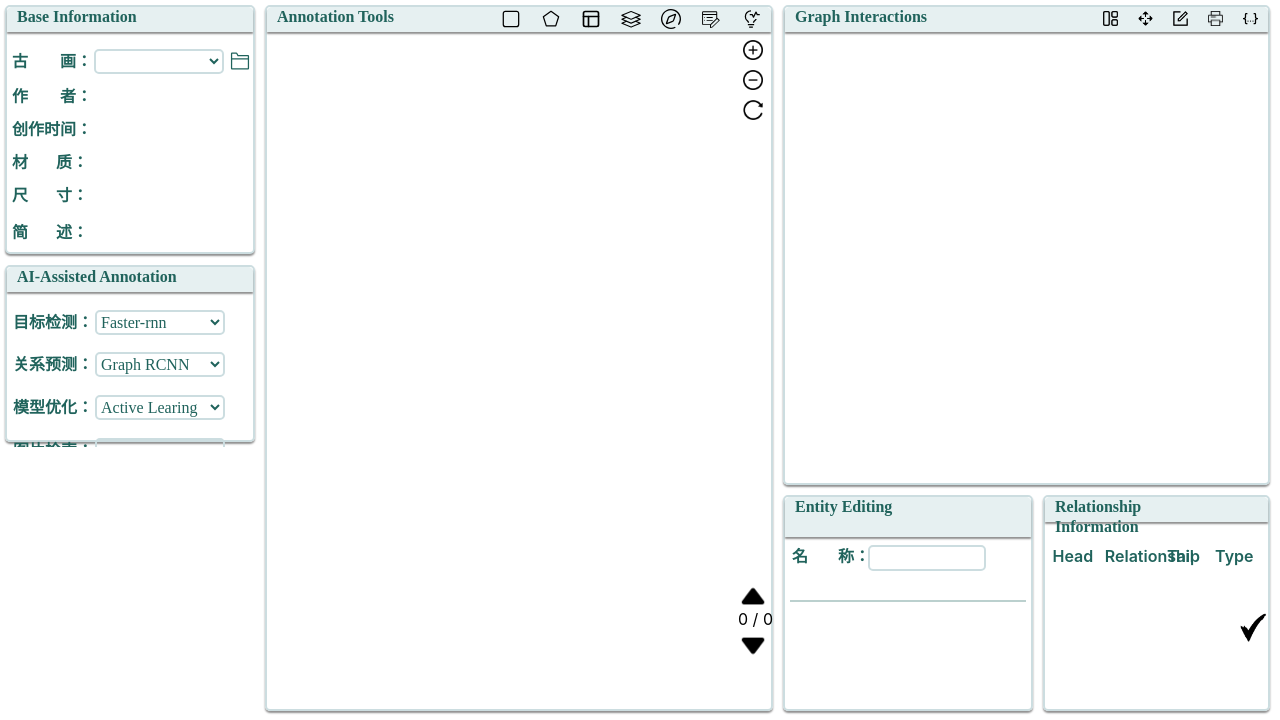
Repository: cailbh/ImageLabelTool
Page: /
These files come from the project's save history. The page is drawn as it stood at one moment and after the next save; the edit follows.
The browser window is 1280 px wide. The pictures show the whole page.
The project was rebuilt for these pictures with package versions that can differ from the ones it lists, and the page was loaded fresh each time.

Above is the page before, as saved 2022-11-02 10:35:15.

### src/index.tsx
import React from 'react';
import ReactDOM from 'react-dom/client';
import './index.css';
import UI from './View';

const root = ReactDOM.createRoot(
  document.getElementById('root') as HTMLElement
);
root.render(
  <React.StrictMode>
    <UI />
  </React.StrictMode>
);

### src/index.css
* {
  margin: 0;
  font-family: -apple-system, BlinkMacSystemFont, 'Segoe UI', 'Roboto', 'Oxygen',
    'Ubuntu', 'Cantarell', 'Fira Sans', 'Droid Sans', 'Helvetica Neue',
    sans-serif;
  -webkit-font-smoothing: antialiased;
  -moz-osx-font-smoothing: grayscale;
  padding: 0;
  user-select: none;
}

code {
  font-family: source-code-pro, Menlo, Monaco, Consolas, 'Courier New',
    monospace;
}

html, body, #root {
  width: 100%;
  height: 100%;
  /* background: rgb(237,241,241); */
  background: rgb(255,255,255);
}

#root {
  /* display: flex; */
  /* flex-direction: row; */

}

### src/View/index.tsx
/**
 * 该组件负责图像视图与网络图视图的通信：
 *
 */

import React from "react";
// import ImageView from "./ImageView";
import GraphView from "./GraphView";
import LabelView from "./LabelView";
import { Entity, EntityArray, Relationship, RelationshipArray } from '../lib/interface'
import { EntityArrayContextProvider, useEntityArray, useEntityArrayUpdate } from "../lib/context";
import { RelationshipArrayContextProvider, useRelationshipArray, useRelationshipArrayUpdate } from "../lib/context";
import { InfoContextProvider, useInfo, useInfoUpdate } from "../lib/context";
import { MemoArrayContextProvider, useMemoArray, useMemoArrayUpdate } from "../lib/context";


export default function UI() {
    return (
        <React.StrictMode>
            <InfoContextProvider>
                <RelationshipArrayContextProvider>
                    <EntityArrayContextProvider>
                        <MemoArrayContextProvider>
                            {/* <ImageView></ImageView> */}

                            <LabelView></LabelView>
                            {/* <GraphView></GraphView> */}
                        </MemoArrayContextProvider>
                    </ EntityArrayContextProvider >
                </RelationshipArrayContextProvider>
            </InfoContextProvider>
        </React.StrictMode>
    )
}

### src/View/LabelView.tsx
import React from "react";
import LabelDisplay from "../component/LabelDisplay/index";
import LabelTool from "../component/LabelTool/index";
import ViewCard from "./ViewCard";

export default function LabelView() {
    return (
        // <ViewCard
        //     top={(
        //         <LabelTool></LabelTool>
        //     )}
        //     body={(
        <LabelDisplay></LabelDisplay>
        //     )}
        // />
    )
}

### src/lib/context.tsx
import React, { useContext, useState } from 'react';
import { MemoArray, Relationship, RelationshipArray, EntityArray, Entity, Info } from './interface'
import { arrayBuffer } from 'stream/consumers';


const entityContext = React.createContext<EntityArray>({ array: [] });
const EntityUpdateContext = React.createContext(null);

export const useEntityArray = () => useContext(entityContext);
export const useEntityArrayUpdate = () => useContext(EntityUpdateContext);
export const EntityArrayContextProvider = ({ children }) => {
    const [entityArray, setEntityArray] = useState<Entity[]>([]);
    const updateEntityArray = (entityArray) => {
        setEntityArray([...entityArray])
    }
    return (
        <entityContext.Provider value={{ array: entityArray }}>
            <EntityUpdateContext.Provider value={updateEntityArray}>
                {children}
            </EntityUpdateContext.Provider>
        </entityContext.Provider>
    );
};

const relationshipContext = React.createContext<RelationshipArray>({ array: [] });
const relationshipUpdateContext = React.createContext(null);

export const useRelationshipArray = () => useContext(relationshipContext);
export const useRelationshipArrayUpdate = () => useContext(relationshipUpdateContext);
export const RelationshipArrayContextProvider = ({ children }) => {
    const [RelationshipArray, setRelationshipArray] = useState<Relationship[]>([]);
    const updateRelationshipArray = (RelationshipArray) => {
        setRelationshipArray([...RelationshipArray])
    }
    return (
        <relationshipContext.Provider value={{ array: RelationshipArray }}>
            <relationshipUpdateContext.Provider value={updateRelationshipArray}>
                {children}
            </relationshipUpdateContext.Provider>
        </relationshipContext.Provider>
    );
};


const memoContext = React.createContext<MemoArray>({ entArray: [], relArray: [] });
const memoUpdateContext = React.createContext(null);

export const useMemoArray = () => useContext(memoContext);
export const useMemoArrayUpdate = () => useContext(memoUpdateContext);
export const MemoArrayContextProvider = ({ children }) => {
    const [entArray, setEntArray] = useState<Entity[]>([]);
    const [relArray, setRelArray] = useState<Relationship[]>([]);
    const updateMemoArray = (entArray, relArray) => {
        setEntArray([...entArray])
        setRelArray([...relArray])
    }
    return (
        <memoContext.Provider value={{ entArray: entArray, relArray: relArray }}>
            <memoUpdateContext.Provider value={updateMemoArray}>
                {children}
            </memoUpdateContext.Provider>
        </memoContext.Provider>
    );
};

const infoContext = React.createContext<Info>(null);
const InfoUpdateContext = React.createContext(null);

export const useInfo = () => useContext(infoContext);
export const useInfoUpdate = () => useContext(InfoUpdateContext);
export const InfoContextProvider = ({ children }) => {
    const [info, setInfo] = useState<Info>();
    const updateInfo = (infoArray) => {
        setInfo(infoArray)
    }
    return (
        <infoContext.Provider value={info}>
            <InfoUpdateContext.Provider value={updateInfo}>
                {children}
            </InfoUpdateContext.Provider>
        </infoContext.Provider>
    );
};

### src/lib/webAnnotate.tsx
export default class LabelImage {
	entityCo: any;
	cWidth: number;
	cHeight: number;
	// 缩略图宽度
	sWidth: number;
	// 缩略图高度
	sHeight: number;
	// 图片宽度
	iWidth: number;
	// 图片高度
	iHeight: number;
	// 图片拖拽至边缘最小显示
	appearSize: number;
	// 缩放布进
	scaleStep: number;
	// 最小缩放比例
	minScale: number;
	// 最大缩放比例
	maxScale: number;
	// 图片在画板中的横坐标
	x: number;
	// 图片在画板中的纵坐标
	y: number;
	// 鼠标当前画板中的横坐标
	mouseX: number;
	// 鼠标当前画板中的纵坐标
	mouseY: number;
	// 拖动过程中，鼠标前一次移动的横坐标
	prevX: number;
	// 拖动过程中，鼠标前一次移动的纵坐标
	prevY: number;
	// 创建新标签输入名字
	inputs: string;
	// 鼠标移动过程中坐标
	moveP: any;
	// 拖动时，曲线圆点类型
	curveCircleType: string;
	// 拖动时，曲线下标
	curveIndex: number;
	// 缩放比例
	scale: number;
	// 鼠标在图片中的横坐标
	ix: number;
	// 鼠标在图片中的纵坐标
	iy: number;
	// 矩形框起点横坐标
	rectX: number;
	// 矩形框起点纵坐标
	rectY: number;
	// 曲线终点点横坐标
	endX: number;
	// 曲线终点纵坐标
	endY: number;
	// 关系起点id
	sourceIndex: string;
	// 关系终点id
	targetIndex: number;
	// 绘制多边形的圆点半径
	radius: number;

	// 绘制线段宽度
	lineWidth: number;

	//绘制区域模块透明度
	opacity: number;

	// 定时器
	timer: any;

	// 结果是否被修改
	isModify: boolean;

	// 是否全屏
	isFullScreen: boolean;

	// 是否移动图像标注圆点
	isDragCircle: boolean;

	// 当前点击圆点index
	snapCircleIndex: number;

	// 用于在拖拽或者缩放时，让绘制至存储面板的数据，只绘制一次
	drawFlag: boolean;

	// 监听滚动条缩放是否结束的定时器
	mousewheelTimer: any;

	// 历史记录下标
	historyIndex: number;
	Arrays: any;
	Nodes: any;
	Features: any;
	constructor(options) {
		// 画布宽度
		this.cWidth = 0;
		// 画布高度
		this.cHeight = 0;
		// 缩略图宽度
		this.sWidth = 0;
		// 缩略图高度
		this.sHeight = 0;
		// 图片宽度
		this.iWidth = 0;
		// 图片高度
		this.iHeight = 0;
		// 图片拖拽至边缘最小显示
		this.appearSize = 180;
		// 缩放布进
		this.scaleStep = 0.02;
		// 最小缩放比例
		this.minScale = 0.02;
		// 最大缩放比例
		this.maxScale = 8;
		// 图片在画板中的横坐标
		this.x = 0;
		// 图片在画板中的纵坐标
		this.y = 0;
		// 鼠标当前画板中的横坐标
		this.mouseX = 0;
		// 鼠标当前画板中的纵坐标
		this.mouseY = 0;
		// 拖动过程中，鼠标前一次移动的横坐标
		this.prevX = 0;
		// 拖动过程中，鼠标前一次移动的纵坐标
		this.prevY = 0;
		// 创建新标签输入名字
		this.inputs = "";
		// 拖动时，曲线圆点类型
		this.curveCircleType = '';
		// 拖动时，曲线下标
		this.curveIndex = -1;
		// 缩放比例
		this.scale = 0;
		// 鼠标在图片中的横坐标
		this.ix = 0;
		// 鼠标在图片中的纵坐标
		this.iy = 0;
		// 矩形框起点横坐标
		this.rectX = 0;
		// 矩形框起点纵坐标
		this.rectY = 0;
		// 曲线终点点横坐标
		this.endX = 0;
		// 曲线终点纵坐标
		this.endY = 0;

		this.moveP = [];

		// 关系起点下标
		this.sourceIndex = "0";
		this.targetIndex = -1;
		// 绘制多边形的圆点半径
		this.radius = 6;

		// 绘制线段宽度
		this.lineWidth = 1;

		//绘制区域模块透明度
		this.opacity = 0.45;

		// 定时器
		this.timer = null;

		// 结果是否被修改
		this.isModify = false;

		// 是否全屏
		this.isFullScreen = false;

		// 是否移动图像标注圆点
		this.isDragCircle = false;

		// 当前点击圆点index
		this.snapCircleIndex = 0;

		// 用于在拖拽或者缩放时，让绘制至存储面板的数据，只绘制一次
		this.drawFlag = true;

		// 监听滚动条缩放是否结束的定时器
		this.mousewheelTimer = null;

		// 历史记录下标
		this.historyIndex = 0;

		this.Arrays = {

			// 标定历史保存标签记录
			history: [],

			// 图片标注展示数据集
			imageAnnotateShower: [],

			// 图片标注存储数据集
			imageAnnotateMemory: [],

			// 关系标注展示数据集
			relationshipAnnotateShower: [],

			// 关系标注存储数据集
			relationshipAnnotateMemory: [],

			// 标注集操作 result list index
			resultIndex: 0,
			// 关系集操作 result list index
			relationshipIndex: 0,

		};
		this.Nodes = {
			// 图片节点
			image: null,
			// 画布节点
			canvas: null,
			// 缩略图节点
			scaleCanvas: null,
			// 缩放比例面板
			scalePanel: null,
			// 画布上下文
			ctx: null,
			// 缩略图画板上下文
			sCtx: null,
			// 缩略图方框
			scaleRect: null,
			// 存储图像数据的画布
			bCanvas: null,
			// 存储图像数据的上下文
			bCtx: null,
			// 绘图部分主外层函数
			canvasMain: null,
			// 标记结果数据集
			resultGroup: null,
			// 十字线开关按钮
			crossLine: null,
			// 标注结果开关按钮
			labelShower: null,
			// 屏幕快照按钮
			screenShot: null,
			// 全屏按钮
			screenFull: null,
			// 颜色选取器节点数据
			colorHex: null,
			// // 清空标注内容
			// clearScreen: options.clearScreen,
			// // 撤销，返回上一步
			// returnUp: options.returnUp,
			// 标签管理
			toolTagsManager: null,
			// 历史记录列表
			historyGroup: null
		};
		this.Features = {
			//
			N:true,
			// 拖动开关
			dragOn: true,
			// 矩形标注开关
			rectOn: false,
			// 多边形标注开关
			polygonOn: false,
			// 切换布局
			layoutOn: false,
			// 层级标注开关
			dropTOn: false,
			// 组合层级
			CombinOn: false,
			// 标签管理工具
			tagsOn: false,
			// 关系标注开关
			relationshipOn: false,
			// 实体线性趋势标注开关
			trendOn: false,
			// 十字线开关
			crossOn: false,
			// 标注结果显示
			labelOn: true,

		};
	}

}

### src/lib/tasks.tsx
export default class Task {
    id: string;
    name: string;
    size: string;
    texture: string;
    time: string;
    author: string;
    discribe:string;
    constructor(options) {
        this.id = "";
        this.name = "";
        this.size = "";
        this.texture = "";
        this.time = "";
        this.author = ""
        this.discribe = ""
    }
}

### src/lib/interface.tsx
export class EntityArray {
    array: Array<Entity>;
}
export class RelationshipArray {
    array: Array<Relationship>;
}
export class MemoArray {
    relArray: Array<Relationship>;
    entArray: Array<Entity>;
}
export class Entity {
    name: string;
    id: string;
    type: string;
    x: number;
    y: number;
    //图片绘制起始位置
    ix: number;
    iy: number;
    //标注绘制起始位置
    lx: number;
    ly: number;
    // 图片宽度
    iWidth: number;
    // 图片高度
    iHeight: number;
    //图片缩放
    iScale: number;
    visAble: boolean;
    labels: any;
    content: any;
    contentType: string;
    labelLocation: any;
    rgb: string;
    visibility: boolean;
    trend: any;
    trendIndex: number;
    centerPoint: any;
    rectMask: any;
    color: string;
    describe: string;
    attribute: any;
    active: boolean;
    children: any;
    constructor(myName: string) { //定义带参数的构造函数
        this.name = myName;
    }
}


export class Relationship {
    name: string;
    id: string;
    type: string;
    targetId: string;
    sourceId: string;
    color: string;
    weight: number;
    visAble: boolean
    // constructor(myName: string) { //定义带参数的构造函数
    //     this.name = myName;
    // }
}

export class Info {
    changeState: number;
}

export default class LabelState {
    //任务名称
    taskName: string;
    //文件列表
    imgFiles: any;
    //图片总数
    imgSum: number;
    //选择图片下标
    imgIndex: number;
    cWidth: number;
    cHeight: number;
    // 缩略图宽度
    sWidth: number;
    // 缩略图高度
    sHeight: number;
    // 图片宽度
    iWidth: number;
    // 图片高度
    iHeight: number;
    // 图片拖拽至边缘最小显示
    appearSize: number;
    // 缩放布进
    scaleStep: number;
    // 最小缩放比例
    minScale: number;
    // 最大缩放比例
    maxScale: number;
    // 图片在画板中的横坐标
    x: number;
    // 图片在画板中的纵坐标
    y: number;
    // 鼠标当前画板中的横坐标
    mouseX: number;
    // 鼠标当前画板中的纵坐标
    mouseY: number;
    // 拖动过程中，鼠标前一次移动的横坐标
    prevX: number;
    // 拖动过程中，鼠标前一次移动的纵坐标
    prevY: number;
    // 缩放比例
    scale: number;
    // 鼠标在图片中的横坐标
    ix: number;
    // 鼠标在图片中的纵坐标
    iy: number;
    // 矩形框起点横坐标
    rectX: number;
    // 矩形框起点纵坐标
    rectY: number;
    // 绘制多边形的圆点半径
    radius: number;

    // 绘制线段宽度
    lineWidth: number;

    //绘制区域模块透明度
    opacity: number;

    // 定时器
    timer: any;

    // 结果是否被修改
    isModify: boolean;

    // 是否全屏
    isFullScreen: boolean;

    // 是否移动图像标注圆点
    isDragCircle: boolean;

    // 当前点击圆点index
    snapCircleIndex: number;

    // 用于在拖拽或者缩放时，让绘制至存储面板的数据，只绘制一次
    drawFlag: boolean;

    // 监听滚动条缩放是否结束的定时器
    mousewheelTimer: null;

    // 历史记录下标
    historyIndex: number;
    Arrays: any;
    Nodes: any;
    Features: any;

}

### src/axios/index.ts
import entityRecognize from './api/entityRecognize';

export * from './api/entityRecognize'; // 目标识别
// export * from './api/img'; // 图片
export default {
    entityRecognize
}

### src/component/AttributeInput/index.css
.nameInput{
    margin: 5px;
    height: 60px;
    border-bottom: 2px rgba(32,99,92,0.3) solid;
}
.contain{
    height: 100%;
}
.attrHead{
    background-color: rgba(230,240,241,1);
    /* margin: 5px; */
    color:rgba(32,99,92,1);
    height: 40px;
    font-size:25px;
    line-height:30px;
    font-weight: 600;
    font-size: 18px;
    line-height: 1.35;
    font-variant: tabular-nums;
    line-height: 1.5715;
    font-feature-settings: "tnum";
    font-family: SourceHanSerifCN-Heavy, SourceHanSerifCN;
    border-top-left-radius: 5px;
    border-top-right-radius: 5px;

    filter:progid:DXImageTransform.Microsoft.Shadow(color=#909090,direction=120,strength=4);
    -moz-box-shadow: 0px 2px 10px #909090;
    -webkit-box-shadow: 0px 2px 10px #909090;
    box-shadow:0px 2px 2px #909090

}
.headName{
    float: left;
    margin-left: 10px;
    width: 50%;
    font-size:15px;
    line-height:90px;
    color:rgba(32,99,92,1);
    font-size:16px;
    line-height:30px;
    font-weight: 600;
    font-variant: tabular-nums;
    line-height: 125%;
    font-feature-settings: "tnum";
    font-family: SourceHanSerifCN-Heavy, SourceHanSerifCN;
    border-top-left-radius: 5px;
    border-top-right-radius: 5px;
    float: left;
}
.headValue{
    float: left;
    width: calc(50% - 40px);
    margin: 20px;
    font-size:15px;
    line-height:30px;
    font-family:"Microsoft YaHei",Tahoma,Verdana,SimSun;
    font-style:normal;
    font-variant:normal;
    font-size-adjust:none;
    font-stretch:normal;
    font-weight:normal;
    border-radius: 5px;
}
.attrInput{
    /* margin: 5px; */
    height: 40px;
    /* display: flex; */
    justify-content: center;
    align-items: center;
}
.attrInputDiv{
    margin: 5px;
    height: calc(100% - 160px);
    overflow: scroll;
    scrollbar-width: none;
}
.attrKey{
    margin: 2px;
    height: calc(50% - 4px);
    width: 30%;
    float: left;
    text-align: center;
    color: rgb(32,99,92);
    font-weight: 600;
    font-size: 16px;
    line-height: 1.35;
    font-variant: tabular-nums;
    line-height: 1.5715;
    font-feature-settings: "tnum";
    font-family: SourceHanSerifCN-Heavy, SourceHanSerifCN;

    border-radius: 5px;
    /* cursor: none; */
}
.attrDel{
    margin: 2px 5px;
    width: 20px;
    height: 20px;
    cursor: pointer;
    /* background-color: #000; */
    float: left;
}
.addAttr{
    width: 30px;
    height: 30px;
    cursor: pointer;
    display: flex;
    justify-content: center;
    align-items: center;
}

.addAttrBut{
    height: 100%;
}
.delAttrBut{
    height: 100%;
}
.attrValue{
    margin: 2px;
    height: calc(50% - 4px);
    width: 50%;
    float: left;
}

.valueInput{
    width: 100%;
    border-radius: 10px;
    margin: 1px;
    /* margin-left: 15px; */
    color: rgb(32,99,92);


    background: rgba(210,225,230,0);
    outline: none;
    border: #000;
    border: 2px solid rgb(204,221,224);
    border-radius: 5px;


    font-weight: 400;
    font-size: 14px;
    line-height: 1.35;
    font-variant: tabular-nums;
    line-height: 1.5715;
    font-feature-settings: "tnum";
    font-family: SourceHanSerifCN-Heavy, SourceHanSerifCN;
}
.keyInput{
    width: 100%;
    border-radius: 10px;
    margin: 1px;

    background: rgba(210,225,230,0);
    outline: none;
    border: #000;
    border: 2px solid rgb(204,221,224);
    border-radius: 5px;


    color: rgb(32,99,92);
    font-weight: 400;
    font-size: 14px;
    line-height: 1.35;
    font-variant: tabular-nums;
    line-height: 1.5715;
    font-feature-settings: "tnum";
    font-family: SourceHanSerifCN-Heavy, SourceHanSerifCN;
}

### src/component/GraphRelationship/index.css
.smallInput  {
    width: 90%;
    border-radius: 10px;
    border: 1.5px #ccc solid;
    /* margin: 5px; */
    margin-left: 15px;
    color: rgb(32,99,92);
    font-weight: 600;
    font-size: 16px;
    line-height: 1.35;
    font-variant: tabular-nums;
    line-height: 1.5715;
    font-feature-settings: "tnum";
    font-family: SourceHanSerifCN-Heavy, SourceHanSerifCN;
}
.relRow{
    width: 20% !important;
    margin: 5px;
    padding: 0px !important;
}
.relBut{
    margin: 5px;
    padding: 0px !important;
}
.relationship-table-head-co{
    width: 20%;
    height: calc(100% - 10px);
    float: left;
    margin: 5px;
    text-align: center;
}
.confirmButton{
    width: 20px;
    height: 20px;
    /* margin: 5px; */
    border-radius: 15px;
    float: left;
    border: 0px;
    background-color: rgb(32,99,92);
    color: #fff;
    text-align: center;
    font-weight: 600;
    font-size: 12px;
    font-variant: tabular-nums;
    line-height: 1.5715;
    font-feature-settings: "tnum";
    font-family: SourceHanSerifCN-Heavy, SourceHanSerifCN;
}
.deleteButton{
    width: 20px;
    height: 20px;
    /* margin: 5px; */
    border-radius: 15px;
    float: left;
    border: 0px;
    background-color: rgb(32,99,92);
    color: #fff;
    text-align: center;
    font-weight: 600;
    font-size: 12px;
    font-variant: tabular-nums;
    line-height: 1.5715;
    font-feature-settings: "tnum";
    font-family: SourceHanSerifCN-Heavy, SourceHanSerifCN;
}
#bigInput {
    color:#333;
    height: 60px;
    line-height:normal;
    font-family:"Microsoft YaHei",Tahoma,Verdana,SimSun;
    font-style:normal;
    font-variant:normal;
    font-size-adjust:none;
    font-stretch:normal;
    font-weight:normal;
    margin-top:0px;
    margin-bottom:0px;
    margin-left:0px;
    padding-top:4px;
    padding-right:4px;
    padding-bottom:4px;
    padding-left:4px;
    font-size:15px;
    outline-width:medium;
    outline-style:none;
    outline-color:invert;
    border-top-left-radius:3px;
    border-top-right-radius:3px;
    border-bottom-left-radius:3px;
    border-bottom-right-radius:3px;
    text-shadow:0px 1px 2px #fff;
    background-attachment:scroll;
    background-repeat:repeat-x;
    background-position-x:left;
    background-position-y:top;
    background-size:auto;
    background-origin:padding-box;
    background-clip:border-box;
    background-color:rgb(255,255,255);
    margin-right:8px;
    border-top-color:#ccc;
    border-right-color:#ccc;
    border-bottom-color:#ccc;
    border-left-color:#ccc;
    border-top-width:1px;
    border-right-width:1px;
    border-bottom-width:1px;
    border-left-width:1px;
    border-top-style:solid;
    border-right-style:solid;
    border-bottom-style:solid;
    border-left-style:solid;
}
.relationship-table-head{
    height: 25px;
    color: rgb(32,99,92);
    /* background: rgb(210,225,230); */
    font-weight: 600;
    text-align: center;
    font-size: 16px;
    line-height: 1.35;
    font-variant: tabular-nums;
    line-height: 1.5715;
    font-feature-settings: "tnum";
    font-family: SourceHanSerifCN-Heavy, SourceHanSerifCN;
    /* border-top-left-radius: 15px;
    border-top-right-radius: 15px; */
}
.relationship-table-body{
    height: calc(100% - 40px);
    overflow:scroll;
    scrollbar-width: none;
}

### src/axios/api/entityRecognize/index.ts
import { get, put, post, del } from '../../http';
import axios from 'axios'
import{base} from '../config'
import {message} from 'antd'
import cookie from 'react-cookies'
export const getImg = (data: any) => get({ url: '/recognize/', data }); //
export const postImg = (data: any) => post({ url: '/recognize/', data }); //
export const updateImg = (data: any) => put({ url: '/recognize/', data });

export default{
    //测试
    async testApi(params){
        return await axios.get(`${base}/hi`,params) .then((res)=>{
            return res.data;
        }).catch((error)=>{
            message.error("服务器出错")
        })
    },
    //目标检测
    async entityRecognizeApi(params){
        return await axios.post(`${base}/predict_bbx`,params).then((res)=>{
            return res.data;
        }).catch((error)=>{
            message.error("服务器出错")
        })
    },

}

### src/axios/config.ts
export const rootURL = ''

export const ServerCode = {
    SUCCESS: 0,
    CONTINUE: 400,
    WRONG_PARAM: 401,
    WRONG_REQUEST: 402,
    FORBIDDEN: 403,
    WRONG_URL: 404,
    NO_LOGIN: 406,
    TIME_OUT: 408,
    WRONG_REQUEST_MODAL: 410,
    AUTO_SAVE_ERROR_CODE: 411, // 自动暂存code
    PROCESS_ERROR: 412, // 任务进度错误
    WRONG_SERVER: 500,
    WRONG_REALIZE: 501,
    WRONG_GATEWAY: 502,
    BAD_SERVER: 503,
    GATEWAY_TIME_OUT: 504,
    WRONG_VERSION: 505
};

export const SubCode = {
    OPERATION_FAILED: 410001,
    TASK_HAS_EXPIRED_OR_SUBMITTED: 400001
};

export const ServerCodeMap = {
    [ServerCode.SUCCESS]: '成功',
    [ServerCode.CONTINUE]: '继续', // 传递指定“继续参数”即可成功
    [ServerCode.WRONG_PARAM]: '参数格式出错',
    [ServerCode.WRONG_REQUEST]: '请求出错',
    [ServerCode.FORBIDDEN]: '拒绝访问',
    [ServerCode.WRONG_URL]: '请求地址出错',
    [ServerCode.NO_LOGIN]: '未登录',
    [ServerCode.TIME_OUT]: '请求超时',
    [ServerCode.WRONG_SERVER]: '服务器内部错误',
    [ServerCode.WRONG_REALIZE]: '服务未实现',
    [ServerCode.WRONG_GATEWAY]: '网关错误',
    [ServerCode.BAD_SERVER]: '服务不可用',
    [ServerCode.GATEWAY_TIME_OUT]: '网关超时',
    [ServerCode.WRONG_VERSION]: 'HTTP版本不受支持'
};

export const RedirectMap = {
    [ServerCode.FORBIDDEN]: '/403'
};

Loaded but not shown: public/index.html (common file); src/lib/uuid.js (8 lines, source omitted); src/axios/api/config.js (3 lines, source omitted); src/component/LabelDisplay/index.tsx (4152 lines, source omitted); src/component/LabelDisplay/index.css (1817 lines, source omitted); src/component/LabelDisplay/graph.css (477 lines, source omitted); src/component/GraphRelationship/index.tsx (223 lines, source omitted); src/component/AttributeInput/index.tsx (170 lines, source omitted); src/axios/http.ts (147 lines, source omitted)

After the next save:
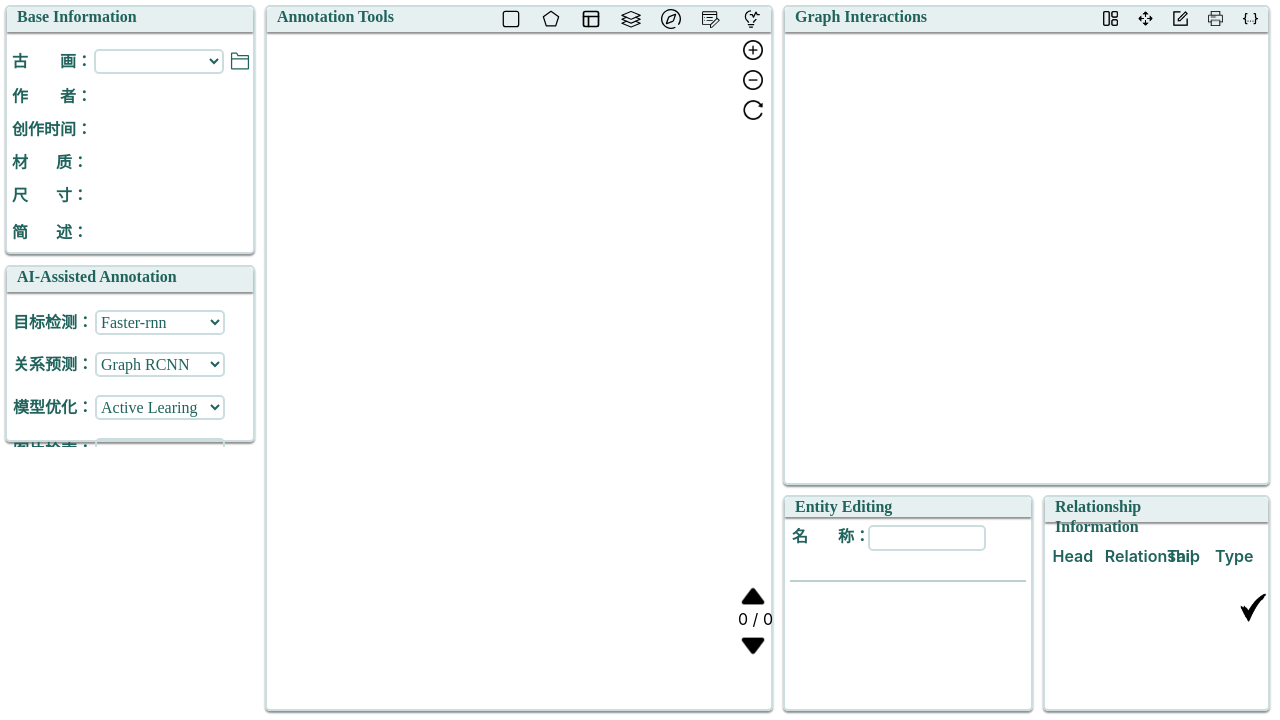
Saved 22 s later.
--- a/src/component/AttributeInput/index.css
+++ b/src/component/AttributeInput/index.css
@@ -10,7 +10,7 @@
     background-color: rgba(230,240,241,1);
     /* margin: 5px; */
     color:rgba(32,99,92,1);
-    height: 40px;
+    height: 20px;
     font-size:25px;
     line-height:30px;
     font-weight: 600;
